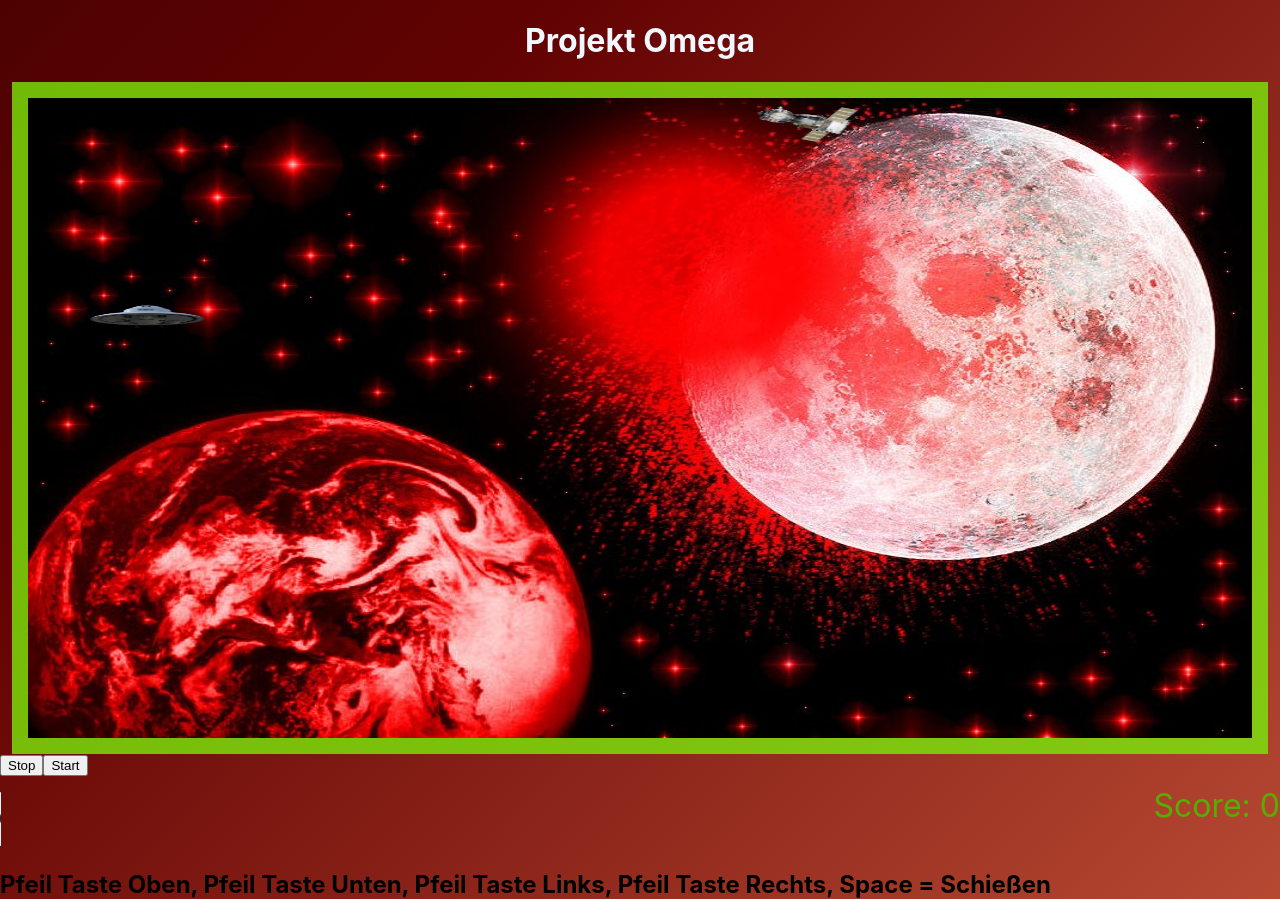
Repository: Der-Metatron/Projekt-Omega-Sprotte
Page: /, after clicking the first element matching `button.startbutton`
An editor plug-in stored every save of this project. The page is shown before and after the next save, followed by the edit.
The browser window is 1280 px wide. The pictures show the whole page.
The project was rebuilt for these pictures with package versions that can differ from the ones it lists, and the page was loaded fresh each time.

Above is the page before, as saved 2022-06-23 19:05:13.

### public/index.html
<!DOCTYPE html>
<html lang="de">
  <head>
    <meta charset="UTF-8" />
    <meta name="Metatron" content="width=device-width, initial-scale=1.0" />
    <link rel="stylesheet" href="style.css" />

    <title>Projekt-Omega></title>
  </head>

  <body>
    <!-- <body onload="startGame()"> -->
    <div id="root"></div>
    <!-- TEST -->
    <div id="canvasbackground"></div>
  </body>
</html>

### src/App.js
/* Hier werden die Einzelnen Seiten Hinzugefügt */
import "./App.css";
import { useState } from "react";
import { GameCanvas } from "./components/GameCanvas";
import { Welcome } from "./components/Welcome";
import { Footer } from "./components/Footer";

function App() {
  const [currentPage, setCurrentPage] = useState(0);
  return (
    <div className="App">
      {currentPage === 0 ? (
        <>
          <Welcome
            onContinue={() => {
              setCurrentPage(1);
            }}
          />
        </>
      ) : (
        <>
          <h1>Projekt Omega</h1>
          <GameCanvas />
          <Footer />
        </>
      )}
    </div>
  );
}

export default App;

### src/App.css
html,
body {
  width: 100%;
  height: 100%;
}

h1 {
  text-align: center;
  color: aliceblue;
}

body {
  background: linear-gradient(-45deg, #ee7752, #620202, #000000, #265046);
  background-size: 400% 400%;
  animation: gradient 15s ease infinite;
}

@keyframes gradient {
  0% {
    background-position: 0% 50%;
  }
  50% {
    background-position: 100% 50%;
  }
  100% {
    background-position: 0% 50%;
  }
}

### src/components/GameCanvas.jsx
import React, { useRef, useEffect, useState } from "react";
import { GameControl } from "../services/game-control";
import ReactAudioPlayer from "react-audio-player";

import "./GameCanvas.css";

export const GameCanvas = () => {
  const [score, setScore] = useState(0);
  const [message, setMessage] = useState("");
  const canvasRef = useRef(null);
  const gameControl = useRef(null);

  useEffect(() => {
    const canvas = canvasRef.current;
    const context = canvas.getContext("2d");
    gameControl.current = GameControl(context);
    gameControl.current.addEventListener((event, payload) => {
      switch (event) {
        case "score_changed":
          setScore(payload.score);
          break;
        case "game_over":
          setMessage("Game Over!");
          break;
        default:
          break;
      }
    });
    gameControl.current.startGame();
  }, []);

  return (
    <>
      {/* -----------------Größe desCanvas-------------------------------------- */}
      <canvas
        ref={canvasRef}
        className="game-canvas"
        width="1024"
        height="640"
      />
      {/* --------------Button Stop------------------------------------------- */}
      <button
        className="stopbutton"
        onClick={() => {
          gameControl.current.endGame();
        }}
      >
        Stop
      </button>
      {/* ----------------Button Stsrt------------------------------------ */}
      <button
        className="weiterbutton"
        onClick={() => {
          gameControl.current.startGame();
        }}
      >
        Start
      </button>
      <p className="punkte">Score: {score}</p> {/* Angezeigter Punktezähler */}
      <p>{message}</p> {/* FEHLER */}
      {/* -------------------------------AUDIO----------------------------------------------- */}
      <ReactAudioPlayer
        src="/audio/Musik/titel 1.mp3"
        autoPlay
        controls
        loop
        volume={0.5}
      />
    </>
  );
};

### src/components/Welcome.jsx
import React from "react";
import "./Welcome.css";
import ReactAudioPlayer from "react-audio-player";

function randomPosition() {
  let y = window.innerWidth;
  let x = window.innerHeight;
  let randomX = Math.floor(Math.random() * x);
  let randomY = Math.floor(Math.random() * y);
  return [randomX, randomY];
}

export const Welcome = ({ onContinue }) => {
  const starDivs = [];
  for (let i = 0; i < 400; i++) {
    let xy = randomPosition();
    starDivs.push(
      <div
        key={i}
        className="stars"
        style={{
          top: xy[0],
          left: xy[1],
        }}
      ></div>
    );
  }
  /* ----------------------------------------------------------------------------- */
  console.log(starDivs);
  /* ------------------------------------------------------------------------------ */
  return (
    <div className="welcome-container">
      {starDivs}

      {/* <!-- Erste Inro laufschrift --> */}

      <section className="intro">
        In einer Zeit bei DCI mit einer kleinen aufstrebenden Programmier
        Gruppe...................
      </section>
      <section className="logo">
        <img src="/public/img/Unbenannt.png" alt="Projekt-Omega Geschichte" />
      </section>
      <div id="scroller">
        <div id="content">
          <p id="title">Episode DCI Abschlussprojekt</p>
          <br></br>
          <p id="subtitle">Projekt-Omega</p>
          <br />
          <p>
            Du bist alleine mit deinen Raumschiff Omega und kämpfst in einer
            Dystopischen Welt voller feindlichen Gegnern ums überleben.Während
            des 21.Jahrhundert befinden sich in der Umlaufbahn des Planeten Erde
            durch Umweltverschmutzung,zügelloser verbrauch der Ressourcen und
            Machthungriger Politiker Unmengen an Weltraum Schrott, Satelliten
            und Gruppen verschiedener Fraktionen die versuchen dir das Licht
            auszuknipsen dazu kommen nach und nach eine Invasion von Feindlichen
            Flug Objekten dazu und machen dir das Leben zur Hölle. Messe dich
            mit anderen Spielern um die Höchste Punktzahl,verewige dich in der
            Highscore und werde der Ultimative Retter des Universums.
          </p>
          <p>
            Idee: Der Metatron. Programming: Der Metatron, Serdar, Dennis. Musik
            & Sound: Der Metatron. Grafik: Emergancy-Romm Tattoo, Pixbay, Der
            Metatron. Backend: Serdar. Canvas build React: Ralf.
          </p>
          <p>Erstellt mit: Canvas, Html, Reackt, MongoDb, Express, Css.</p>
          <p>
            Danke an alle die uns bei diesen Projekt unterstützt haben und uns
            die gelegenheit gegeben haben unser Ideen zu verwirklichen.Special
            Thanks to Ralf & Chriatian. Und jetzt viel Spaß beim Zocken!!!
          </p>
        </div>
      </div>

      <footer>
        {/* ---------------------AUDIO-------------------------------------------- */}
        <ReactAudioPlayer
          src="/audio/Musik/Projekt Omega cut.mp3"
          autoPlay
          controls
          volume={0.5}
        />
        {/* ----------------------------------------------------------------------- */}
        <button
          className="startbutton"
          onClick={() => {
            onContinue();
          }}
        >
          Start Game!
        </button>
      </footer>
    </div>
  );
};

### src/components/Footer.jsx
import React from "react";

export const Footer = () => {
  return (
    <div>
      <h2>
        Pfeil Taste Oben, Pfeil Taste Unten, Pfeil Taste Links, Pfeil Taste
        Rechts, Space = Schießen
      </h2>
    </div>
  );
};

### src/services/game-control.js
const KeysToWatch = [
  "Space",
  "ArrowUp",
  "ArrowDown",
  "ArrowLeft",
  "ArrowRight",
];
const KeyStates = {};
document.addEventListener("keydown", (e) => {
  if (KeysToWatch.includes(e.code)) {
    e.preventDefault();
    KeyStates[e.code] = true;
  }
});
document.addEventListener("keyup", (e) => {
  if (KeysToWatch.includes(e.code)) {
    e.preventDefault();
    KeyStates[e.code] = false;
  }
});

export const GameControl = (context) => {
  const ctx = context;
  let eventListeners = [];
  let gameStarted = false;
  let score = 0;
  const intervals = {
    update: null,
    createUfos: null,
    checkForCollision: null,
    checkForShoot: null,
  };
  let backgroundImage = new Image();
  let rocket = {
    x: 50,
    y: 200,
    width: 100,
    height: 50,
    src: "img/ufo1.png",
  };
  let ufos = [];
  let shots = [];

  const loadImages = () => {
    backgroundImage.src = "img/- WALLPAPER - (276).jpg";
    rocket.img = new Image();
    rocket.img.src = rocket.src;
  };

  const draw = () => {
    ctx.drawImage(backgroundImage, 0, 0);
    ctx.drawImage(rocket.img, rocket.x, rocket.y, rocket.width, rocket.height);

    ufos.forEach(function (ufo) {
      ctx.drawImage(ufo.img, ufo.x, ufo.y, ufo.width, ufo.height);
    });

    shots.forEach(function (shot) {
      ctx.drawImage(shot.img, shot.x, shot.y, shot.width, shot.height);
    });

    if (gameStarted) {
      requestAnimationFrame(draw);
    }
  };

  const update = () => {
    if (KeyStates.ArrowUp) {
      rocket.y -= 6;
    }
    if (KeyStates.ArrowDown) {
      rocket.y += 6;
    }
    if (KeyStates.ArrowLeft) {
      rocket.x -= 6;
    }

    if (KeyStates.ArrowRight) {
      rocket.x += 6;
    }
    ufos.forEach(function (ufo) {
      if (!ufo.hit) {
        ufo.x -= 5;
      }
    });
    shots.forEach(function (shot) {
      shot.x += 15;
    });
  };

  const createUfos = () => {
    let ufo = {
      x: 800,
      y: Math.random() * 500, // Wir platzieren unsere UFOs an einem zufälligen Ort
      width: 100,
      height: 40,
      src: "img/sat.png",

      img: new Image(),
    };
    ufo.img.src = ufo.src; // Ufo-Bild wird geladen.
    ufos.push(ufo);
  };
  const checkForCollision = () => {
    ufos.forEach(function (ufo) {
      // Kontrollieren, ob UFO mit Rakete kollidiert
      if (
        rocket.x + rocket.width > ufo.x &&
        rocket.y + rocket.height > ufo.y &&
        rocket.x < ufo.x &&
        rocket.y < ufo.y + ufo.height
      ) {
        rocket.img.src = "img/boom3.png";
        console.log("Collion!!!");
        ufos = ufos.filter((u) => u !== ufo);
        gameOver();
      }

      shots.forEach(function (shot) {
        // Kontrollieren, ob Laser mit Rakete kollidiert
        if (
          shot.x + shot.width > ufo.x &&
          shot.y + shot.height > ufo.y &&
          shot.x < ufo.x &&
          shot.y < ufo.y + ufo.height
        ) {
          ufo.hit = true;
          ufo.img.src = "img/boom3.png";
          console.log("Collision!!!");
          increaseScore(10);
          setTimeout(() => {
            ufos = ufos.filter((u) => u !== ufo);
          }, 2000);
        }
      });
    });
  };
  const checkForShoot = () => {
    if (KeyStates.Space) {
      let shot = {
        x: rocket.x + 110,
        y: rocket.y + 22,
        width: 20,
        height: 4,
        src: "img/shot.png",
        img: new Image(),
      };
      shot.img.src = shot.src; // Laser-Bild wird geladen.
      shots.push(shot);
    }
  };

  const gameOver = () => {
    clearIntervals();
    gameStarted = false;
    fireEvent("game_over");
  };

  const increaseScore = (increment) => {
    score += increment;
    fireEvent("score_changed", { score });
  };

  const resetScore = () => {
    score = 0;
    fireEvent("score_changed", { score });
  };

  const clearIntervals = () => {
    for (let [key, value] of Object.entries(intervals)) {
      if (value !== null) {
        clearInterval(value);
      }
      intervals[key] = null;
    }
  };
  const startIntervals = () => {
    clearIntervals();
    intervals.update = setInterval(update, 1000 / 25);
    intervals.createUfos = setInterval(createUfos, 2000);
    intervals.checkForCollision = setInterval(checkForCollision, 1000 / 25);
    intervals.checkForShoot = setInterval(checkForShoot, 1000 / 10);
  };

  const fireEvent = (event, payload) => {
    for (let listener of eventListeners) {
      listener(event, payload);
    }
  };

  const initGame = () => {
    rocket.x = 50;
    rocket.y = 200;
    ufos = [];
    shots = [];
    loadImages();
    clearIntervals();
    resetScore();
  };

  return {
    addEventListener: (listener) => {
      console.log("addEventListener", listener);
      eventListeners.push(listener);
    },
    startGame: () => {
      initGame();
      startIntervals();
      gameStarted = true;
      draw();
    },
    pauseGame: () => {
      clearIntervals();
      gameStarted = false;
    },
    continueGame: () => {
      startIntervals();
      gameStarted = true;
      draw();
    },
    endGame: () => {
      clearIntervals();
      gameStarted = false;
    },
  };
};

### src/components/GameCanvas.css
canvas {
  background-color: rgba(122, 234, 10, 0.8);
  padding-left: 0;
  padding-right: 0;
  margin-left: auto;
  margin-right: auto;
  display: block;
  width: 1224px;
  height: 640px;
  padding: 1rem;
}

### src/components/Welcome.css
@import url("https://fonts.googleapis.com/css2?family=Open+Sans&display=swap");

.welcome-container {
  margin: 0;
  background-color: #000;
  overflow: hidden !important;
}

.welcome-container::after {
  content: "";
  position: fixed;
  top: 0;
  left: 0;
  width: 100%;
  height: 80vh;
  background: linear-gradient(
    to bottom,
    rgba(0, 0, 0, 1) 61%,
    rgba(0, 0, 0, 0.54) 79%,
    rgba(0, 0, 0, 0) 100%
  );
  z-index: 1;
}

.stars {
  position: absolute;
  width: 1px;
  height: 1px;
  background-color: #fff;
  z-index: 3;
}

.intro {
  position: absolute;
  top: 50%;
  left: 50%;
  transform: translate(-50%, -50%);
  z-index: 2;
  color: rgb(75, 213, 238);
  font-family: "Open Sans", sans-serif;
  font-weight: 500;
  font-size: 3.25rem;
  width: 80%;
  opacity: 0;
  animation: intro 6s ease-out 0.5s;
}

@keyframes intro {
  0% {
    opacity: 0;
  }
  20% {
    opacity: 1;
  }
  90% {
    opacity: 1;
  }
  100% {
    opacity: 0;
  }
}

.logo {
  position: absolute;
  top: 50%;
  left: 50%;
  transform: translate(-50%, -50%);
  z-index: 2;
  width: 100%;
  opacity: 0;
  animation: logo 10s ease-out 9s;
}

.logo img {
  width: inherit;
}

@keyframes logo {
  0% {
    opacity: 1;
    transform: translate(-50%, -50%) scale(2);
  }
  70% {
    opacity: 1;
  }
  100% {
    opacity: 0;
    transform: translate(-50%, -50%) scale(0.1);
  }
}

p {
  color: #ffe81f;
}

#scroller {
  font-family: sans-serif;
  font-weight: bold;
  font-size: 350%;
  text-align: justify;
  overflow: hidden;
  height: 50em;
  width: 20em;
  position: absolute;
  bottom: 0;
  left: 50%;
  margin-left: -10em;
  z-index: 0;
  transform: perspective(350px) rotateX(25deg);
  transform-origin: 50% 100%;
}

#scroller::after {
  position: absolute;
  content: "";
  bottom: 60%;
  left: 0;
  right: 0;
  top: 0;
}

#content {
  position: absolute;
  top: 100%;
  animation: scoller 100s linear 16s;
}

@keyframes scoller {
  0% {
    top: 100%;
  }
  100% {
    top: -200%;
  }
}

#title,
#subtitle {
  text-align: center;
  line-height: 1.5rem;
}

#subtitle {
  text-transform: uppercase;
  font-size: 3.5rem;
}

footer {
  position: absolute;
  z-index: 10;
}
/*  */
.startbutton {
  display: inline-block;
  margin: 20px;
  text-decoration: none;
  font-family: Arial;
  font-size: 20px;
  border: 1px solid #56ae00;
  border-radius: 25px 5px 5px 25px;
  background-color: #aae472;
  color: #3c5721;
  padding: 5px 10px 5px 25px;
}
.startbutton:hover {
  padding: 5px 25px 5px 10px;
  border-radius: 5px 25px 25px 5px;
}
.punkte {
  color: #56ae00;
  font-size: 2rem;
  float: right;
}

Loaded but not shown: src/index.js (common file); src/index.css (common file); src/reportWebVitals.js (common file); public/style.css (empty)

After the next save:
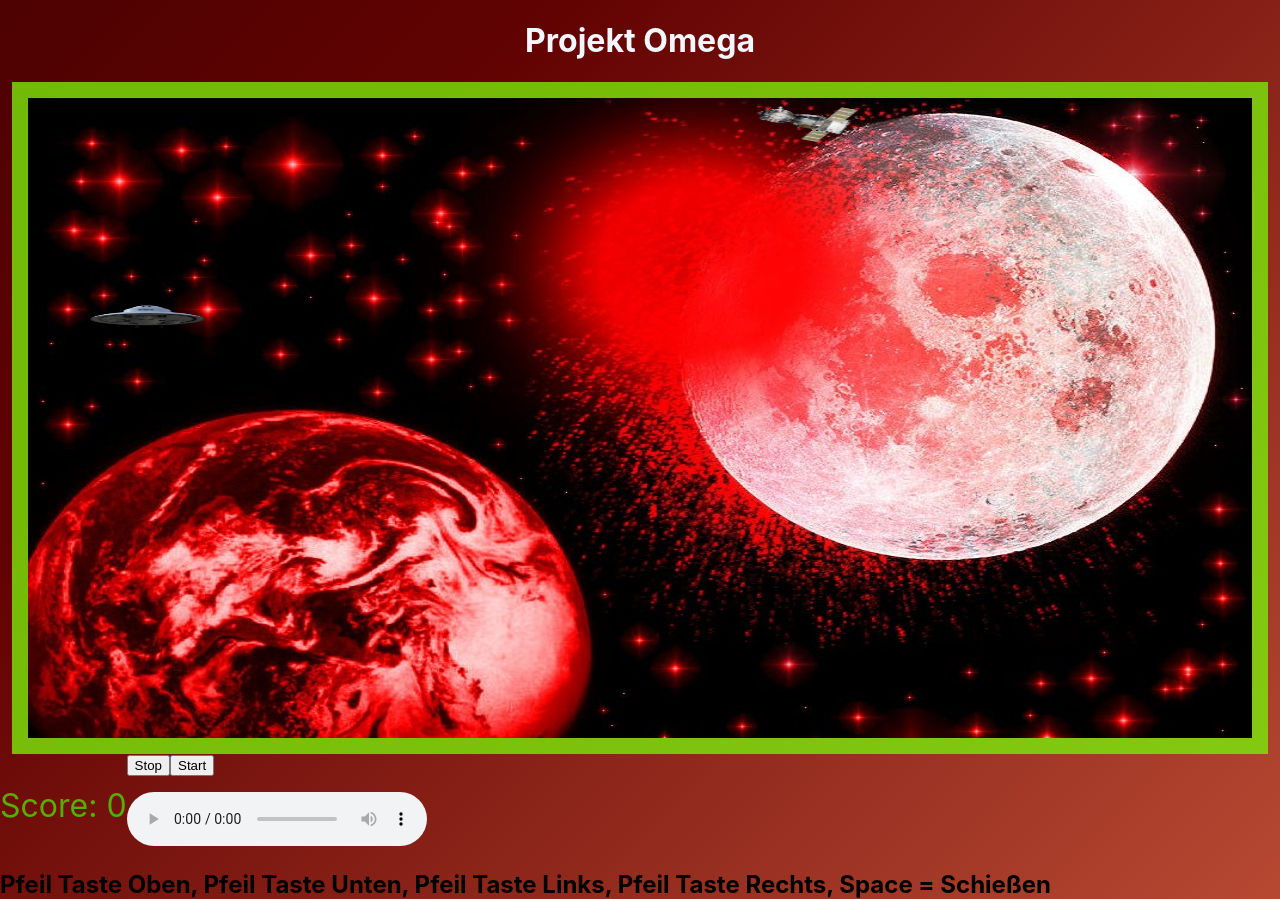
Saved 29 s later.
--- a/src/components/Welcome.css
+++ b/src/components/Welcome.css
@@ -169,5 +169,5 @@
 .punkte {
   color: #56ae00;
   font-size: 2rem;
-  float: right;
+  float: inline-start;
 }
